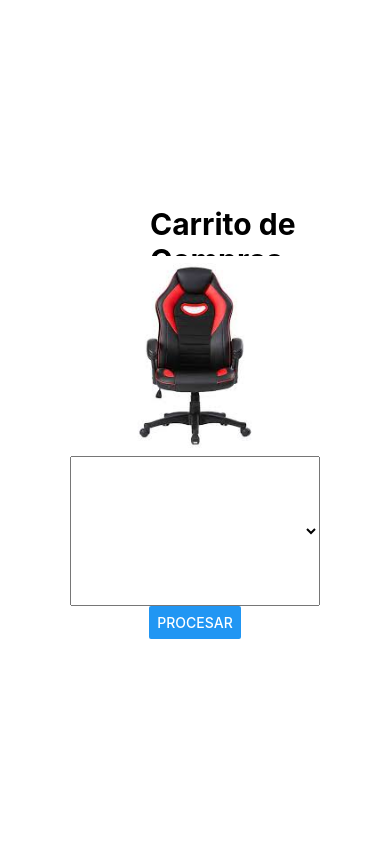
Repository: oscaredu1998/compras
Screen: / (app in frontend/)
These files come from the project's save history. The screen is drawn as it stood at one moment and after the next save; the edit follows.
The app was drawn by React Native's web renderer in a window 390 px wide. The project was rebuilt for these pictures with package versions that can differ from the ones it lists, and the page was loaded fresh each time.

Above is the screen before, as saved 2020-02-21 18:18:17.

After the next save:
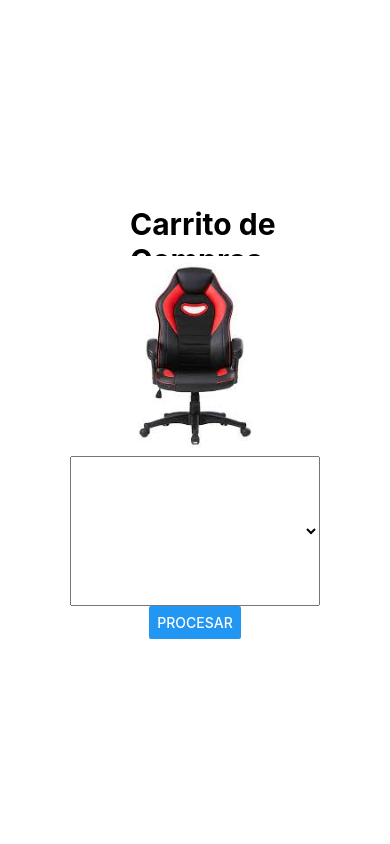
Saved 7 s later.
--- a/frontend/App.js
+++ b/frontend/App.js
@@ -28,7 +28,7 @@ export default class App extends Component {
   render() {
     return (
       <View style={styles.container}>
-        <Text style={{width: 150, height: 50, fontSize: 30, fontWeight: 'bold', left: 30}}>Carrito de Compras</Text>
+        <Text style={{width: 150, height: 50, fontSize: 30, fontWeight: 'bold', left: 10}}>Carrito de Compras</Text>
         <Image
             style={{width: 200, height: 200}}
             source={require('./assets/images.jpg')}
